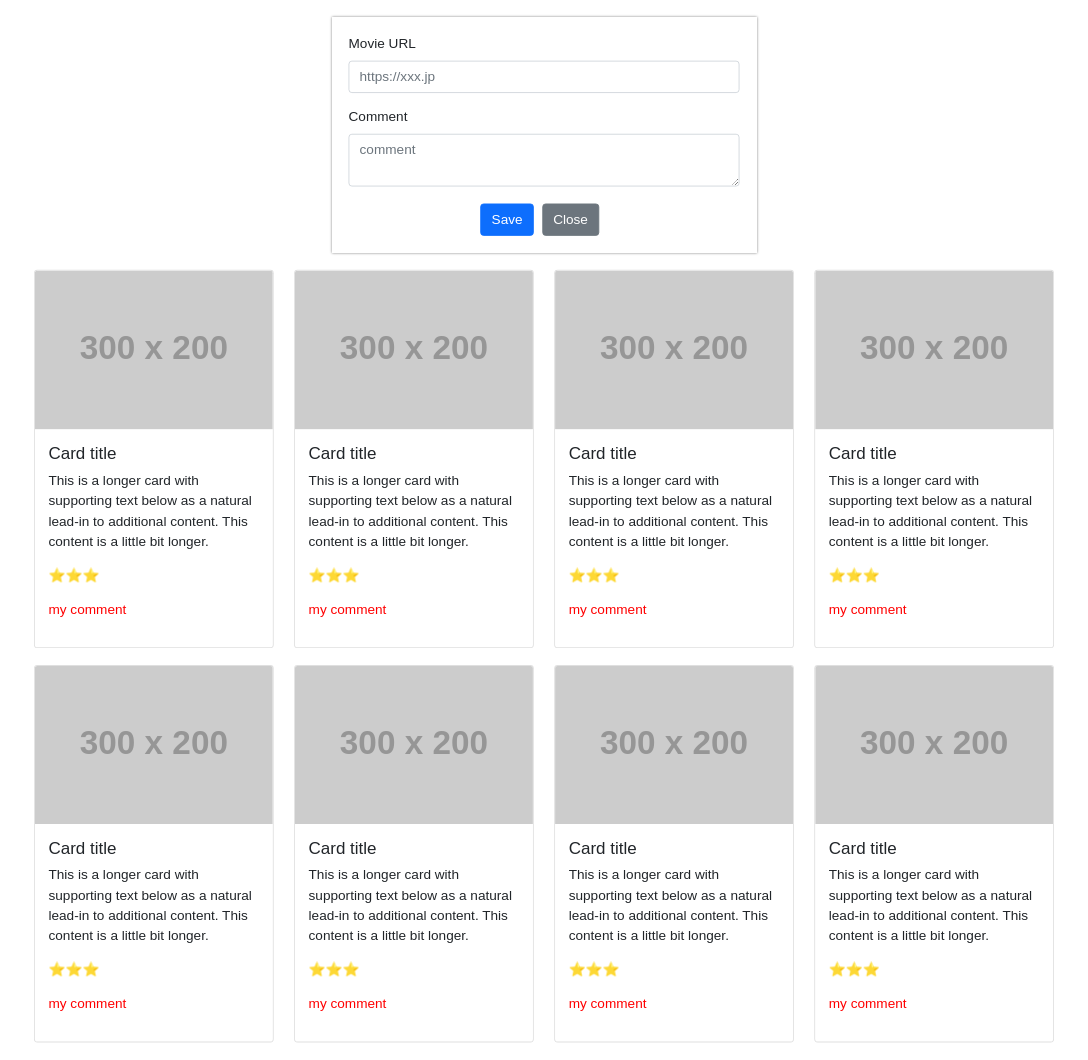
Repository: sinayaka-body/sparta
Page: frontend/bootstrap.html
The author's editor kept a copy of each file at every save. The page is drawn from the files as they stood at one save, then again after the next save.
The browser window is 1280 px wide. The pictures show the part of the page from y = 250 to 1551 px (the page is 1497 px tall before and 1551 px after), at 85% of full size.
Some web fonts or font styles are not loaded; a fallback is used.

Above is the page before, as saved 2023-04-15 17:24:31.

### frontend/bootstrap.html
<!DOCTYPE html>
<html lang="en">
  <head>
    <meta charset="utf-8" />
    <meta name="viewport" content="width=device-width, initial-scale=1, shrink-to-fit=no" />

    <link href="https://cdn.jsdelivr.net/npm/bootstrap@5.0.2/dist/css/bootstrap.min.css" rel="stylesheet" integrity="sha384-EVSTQN3/azprG1Anm3QDgpJLIm9Nao0Yz1ztcQTwFspd3yD65VohhpuuCOmLASjC" crossorigin="anonymous" />
    <script src="https://ajax.googleapis.com/ajax/libs/jquery/3.5.1/jquery.min.js"></script>
    <script src="https://cdn.jsdelivr.net/npm/bootstrap@5.0.2/dist/js/bootstrap.bundle.min.js" integrity="sha384-MrcW6ZMFYlzcLA8Nl+NtUVF0sA7MsXsP1UyJoMp4YLEuNSfAP+JcXn/tWtIaxVXM" crossorigin="anonymous"></script>

    <title>Spartapedia</title>

    <style>
      @import url("https://fonts.googleapis.com/css2?family=Gowun+Dodum&display=swap");

      * {
        font-family: "Hahmlet", sans-serif;
      }

      .mytitle {
        width: 100%;
        height: 250px;

        background-image: linear-gradient(0deg, rgba(0, 0, 0, 0.5), rgba(0, 0, 0, 0.5)), url("https://movie-phinf.pstatic.net/20210715_95/1626338192428gTnJl_JPEG/movie_image.jpg");
        background-position: center;
        background-size: cover;

        color: white;

        display: flex;
        flex-direction: column;
        align-items: center;
        justify-content: center;
      }

      .mytitle > button {
        width: 200px;
        height: 50px;

        background-color: transparent;
        color: white;

        border-radius: 50px;
        border: 1px solid white;

        margin-top: 10px;
      }

      .mytitle > button:hover {
        border: 2px solid white;
      }

      .mycards {
        margin: 20px auto 0px auto;
        width: 95%;
        max-width: 1200px;
      }

      .mypost {
        width: 95%;
        max-width: 500px;
        margin: 20px auto 0px auto;
        padding: 20px;
        box-shadow: 0px 0px 3px 0px gray;
      }

      .mybtns {
        display: flex;
        flex-direction: row;
        align-items: center;
        justify-content: center;
        margin-top: 20px;
      }

      .mybtns > button {
        margin-right: 10px;
      }

      .row {
        margin-bottom: 20px;
      }
    </style>
  </head>

  <body>
    <div class="mytitle">
      <h1>My favorite movies</h1>
      <button>Save a new movie</button>
    </div>

    <div class="mypost">
      <form>
        <div class="mb-3">
          <label for="exampleInputEmail1" class="form-label">Movie URL</label>
          <input type="url" class="form-control" id="exampleInputURL1" aria-describedby="MovieURL" placeholder="https://xxx.jp" />
        </div>
        <div class="mb-3">
          <label for="exampleInputPassword1" class="form-label">Comment</label>
          <textarea type="comment" class="form-control" id="exampleInputPassword1" placeholder="comment" /></textarea>
        </div>
        <div class="mybtns">
          <button type="button" class="btn btn-primary">Save</button>
          <button type="button" class="btn btn-secondary">Close</button>
        </div>
      </form>
    </div>

    <div class="mycards">
      <div class="row row-cols-1 row-cols-md-4 g-4">
        <div class="col">
          <div class="card">
            <img src="https://placehold.jp/300x200.png" class="card-img-top" alt="..." />
            <div class="card-body">
              <h5 class="card-title">Card title</h5>
              <p class="card-text">This is a longer card with supporting text below as a natural lead-in to additional content. This content is a little bit longer.</p>
              <p>⭐⭐⭐</p>
              <p style="color: red">my comment</p>
            </div>
          </div>
        </div>
        <div class="col">
          <div class="card">
            <img src="https://placehold.jp/300x200.png" class="card-img-top" alt="..." />
            <div class="card-body">
              <h5 class="card-title">Card title</h5>
              <p class="card-text">This is a longer card with supporting text below as a natural lead-in to additional content. This content is a little bit longer.</p>
              <p>⭐⭐⭐</p>
              <p style="color: red">my comment</p>
            </div>
          </div>
        </div>
        <div class="col">
          <div class="card">
            <img src="https://placehold.jp/300x200.png" class="card-img-top" alt="..." />
            <div class="card-body">
              <h5 class="card-title">Card title</h5>
              <p class="card-text">This is a longer card with supporting text below as a natural lead-in to additional content. This content is a little bit longer.</p>
              <p>⭐⭐⭐</p>
              <p style="color: red">my comment</p>
            </div>
          </div>
        </div>
        <div class="col">
          <div class="card">
            <img src="https://placehold.jp/300x200.png" class="card-img-top" alt="..." />
            <div class="card-body">
              <h5 class="card-title">Card title</h5>
              <p class="card-text">This is a longer card with supporting text below as a natural lead-in to additional content. This content is a little bit longer.</p>
              <p>⭐⭐⭐</p>
              <p style="color: red">my comment</p>
            </div>
          </div>
        </div>
      </div>
      <div class="row row-cols-1 row-cols-md-4 g-4">
        <div class="col">
          <div class="card">
            <img src="https://placehold.jp/300x200.png" class="card-img-top" alt="..." />
            <div class="card-body">
              <h5 class="card-title">Card title</h5>
              <p class="card-text">This is a longer card with supporting text below as a natural lead-in to additional content. This content is a little bit longer.</p>
              <p>⭐⭐⭐</p>
              <p style="color: red">my comment</p>
            </div>
          </div>
        </div>
        <div class="col">
          <div class="card">
            <img src="https://placehold.jp/300x200.png" class="card-img-top" alt="..." />
            <div class="card-body">
              <h5 class="card-title">Card title</h5>
              <p class="card-text">This is a longer card with supporting text below as a natural lead-in to additional content. This content is a little bit longer.</p>
              <p>⭐⭐⭐</p>
              <p style="color: red">my comment</p>
            </div>
          </div>
        </div>
        <div class="col">
          <div class="card">
            <img src="https://placehold.jp/300x200.png" class="card-img-top" alt="..." />
            <div class="card-body">
              <h5 class="card-title">Card title</h5>
              <p class="card-text">This is a longer card with supporting text below as a natural lead-in to additional content. This content is a little bit longer.</p>
              <p>⭐⭐⭐</p>
              <p style="color: red">my comment</p>
            </div>
          </div>
        </div>
        <div class="col">
          <div class="card">
            <img src="https://placehold.jp/300x200.png" class="card-img-top" alt="..." />
            <div class="card-body">
              <h5 class="card-title">Card title</h5>
              <p class="card-text">This is a longer card with supporting text below as a natural lead-in to additional content. This content is a little bit longer.</p>
              <p>⭐⭐⭐</p>
              <p style="color: red">my comment</p>
            </div>
          </div>
        </div>
      </div>
    </div>
  </body>
</html>

After the next save:
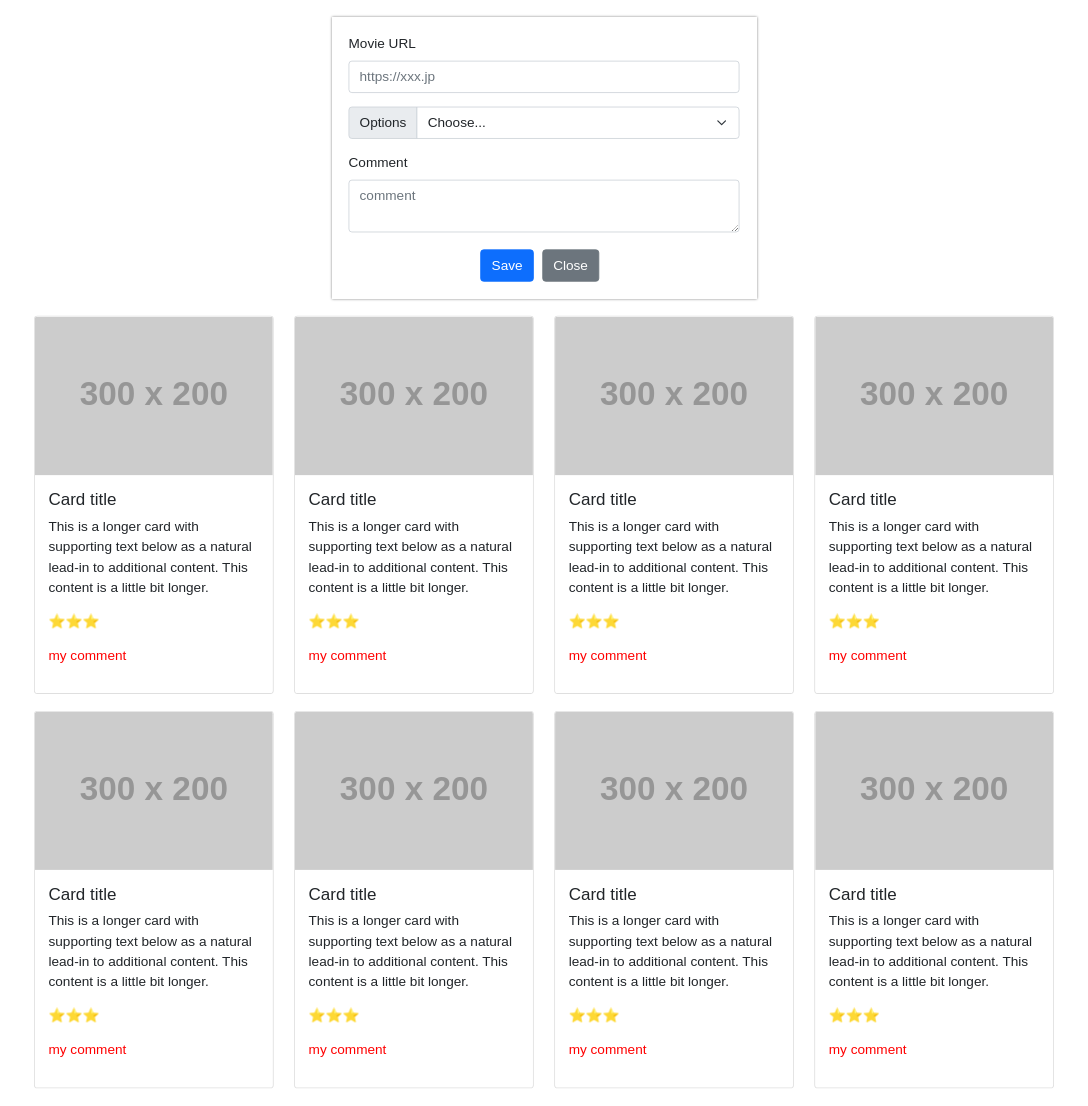
Saved 28 min 41 s later.
--- a/frontend/bootstrap.html
+++ b/frontend/bootstrap.html
@@ -94,6 +94,15 @@
           <label for="exampleInputEmail1" class="form-label">Movie URL</label>
           <input type="url" class="form-control" id="exampleInputURL1" aria-describedby="MovieURL" placeholder="https://xxx.jp" />
         </div>
+        <div class="input-group mb-3">
+          <label class="input-group-text" for="inputGroupSelect01">Options</label>
+          <select class="form-select" id="inputGroupSelect01">
+            <option selected>Choose...</option>
+            <option value="1">⭐</option>
+            <option value="2">⭐⭐</option>
+            <option value="3">⭐⭐⭐</option>
+          </select>
+        </div>
         <div class="mb-3">
           <label for="exampleInputPassword1" class="form-label">Comment</label>
           <textarea type="comment" class="form-control" id="exampleInputPassword1" placeholder="comment" /></textarea>
